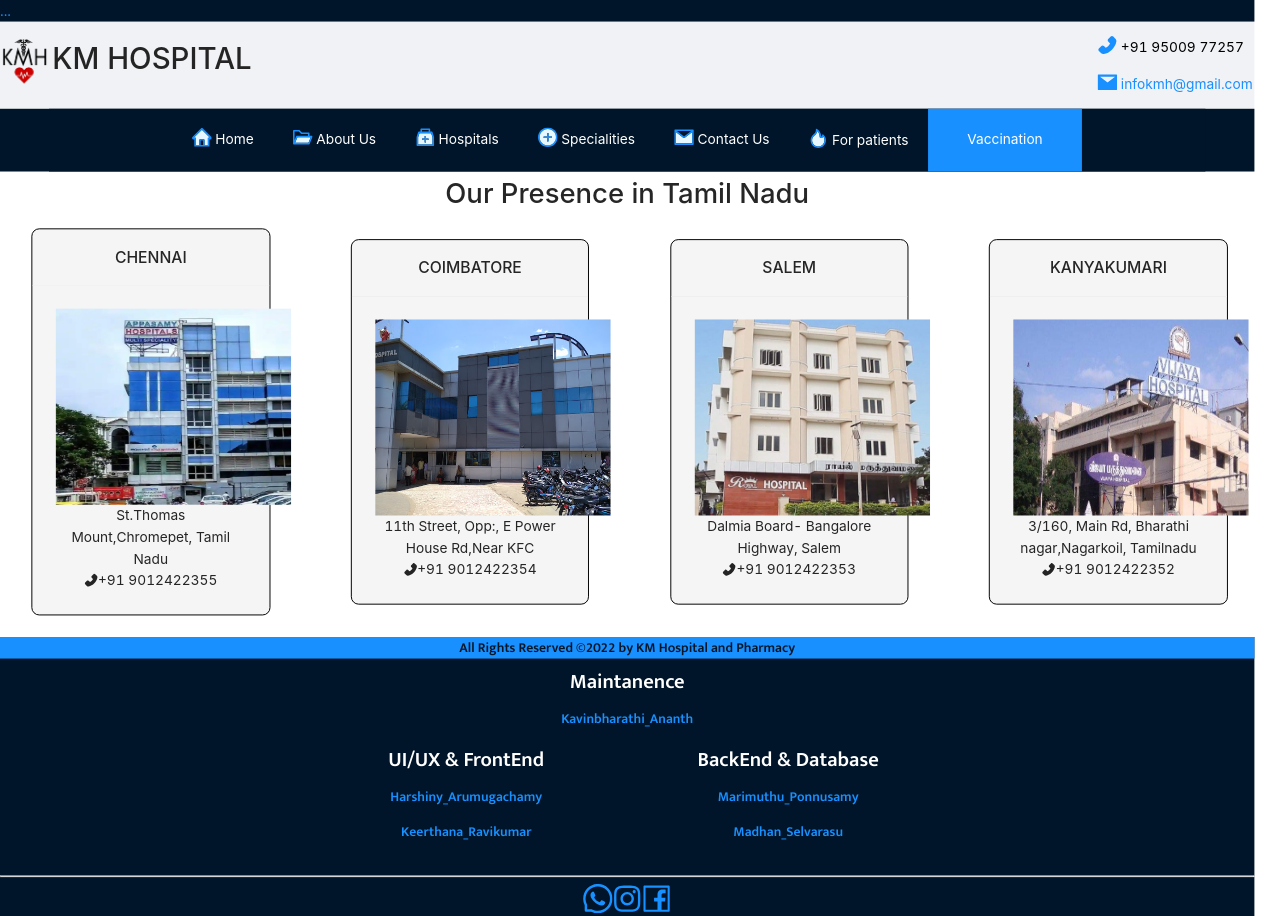
Repository: marimuthu1001/KHM-hospital
Page: /hospitals (app in km-hospital/)
These files come from the project's save history. The page is drawn as it stood at one moment and after a run of saves; the edit follows.
The browser window is 1280 px wide. The page is 1297 px wide, so the pictures cover 1297 px, including what lies to the right of the window. The pictures show the whole page, at 98% of full size.
The project was rebuilt for these pictures with package versions that can differ from the ones it lists, and the page was loaded fresh each time. Also part of the build but not shown: km-hospital/src/firebase.js, km-hospital/src/Pages/Home.jsx, km-hospital/src/Pages/ContactUs.jsx, km-hospital/src/Pages/AboutUS.jsx, km-hospital/src/Styles/Specialities.module.css, km-hospital/src/Pages/Specialities.jsx, km-hospital/src/Pages/For Patients/Bmi_Calculator.jsx, km-hospital/src/Styles/Appointment.module.css and 3 more.

Above is the page before, as saved 2022-01-27 15:22:12.

### km-hospital/public/index.html
<!DOCTYPE html>
<html lang="en">
  <head>
    <meta charset="utf-8" />
    <link rel="icon" href="%PUBLIC_URL%/favicon.ico" />
    <meta name="viewport" content="width=device-width, initial-scale=1" />
    <meta name="theme-color" content="#000000" />
    <meta
      name="description"
      content="Web site created using create-react-app"
    />
    <link rel="apple-touch-icon" href="%PUBLIC_URL%/logo192.png" />
    <!--
      manifest.json provides metadata used when your web app is installed on a
      user's mobile device or desktop. See https://developers.google.com/web/fundamentals/web-app-manifest/
    -->
    <link rel="manifest" href="%PUBLIC_URL%/manifest.json" />
    <!--
      Notice the use of %PUBLIC_URL% in the tags above.
      It will be replaced with the URL of the `public` folder during the build.
      Only files inside the `public` folder can be referenced from the HTML.

      Unlike "/favicon.ico" or "favicon.ico", "%PUBLIC_URL%/favicon.ico" will
      work correctly both with client-side routing and a non-root public URL.
      Learn how to configure a non-root public URL by running `npm run build`.
    -->
    <title>KM HOSPITAL | HOME</title>
  </head>
  <body>
    <noscript>You need to enable JavaScript to run this app.</noscript>
    <div id="root"></div>
    <!--
      This HTML file is a template.
      If you open it directly in the browser, you will see an empty page.

      You can add webfonts, meta tags, or analytics to this file.
      The build step will place the bundled scripts into the <body> tag.

      To begin the development, run `npm start` or `yarn start`.
      To create a production bundle, use `npm run build` or `yarn build`.
    -->
  </body>
</html>

### km-hospital/src/index.js
import React from 'react';
import ReactDOM from 'react-dom';
import 'antd/dist/antd.min.css'
import './index.css'
import App from './App';


ReactDOM.render(
  <React.StrictMode>
    <App />
  </React.StrictMode>,
  document.getElementById('root')
);

### km-hospital/src/index.css
@import '~antd/dist/antd.css';

.ant-menu:not(.ant-menu-horizontal) .ant-menu-item-selected {
	background: transparent;
}

.ant-menu{
    background: red;
    }

### km-hospital/src/App.js
import Nav from  './components/Nav'
import Footer from './components/Footer'
import Home from './Pages/Home'
import ContactUs from './Pages/ContactUs'
import AboutUs from './Pages/AboutUS'
import Specialities from './Pages/Specialities'
import BmiCalculator from './Pages/For Patients/Bmi_Calculator'
import Appointment from './Pages/For Patients/BookAppointment'
import Hospitals from './Pages/Hospitals'
import {BrowserRouter as Router, Route,Routes} from 'react-router-dom'

import Feedback from './Pages/Feedback'

function App() {
  return (
    <Router>
        <div className="App">
          <Nav/>
          <Routes>
            <Route exact path="/" element={<Home/>}/>
            <Route exact path="/contactus" element={<ContactUs/>}/>
            <Route exact path="/aboutus" element={<AboutUs/>}/>
            <Route exact path="/specialities" element={<Specialities/>}/>
            <Route exact path="/bmicalculator" element={<BmiCalculator/>}/>
            <Route exact path="/bookappointment" element={<Appointment/>}/>
            <Route exact path="/hospitals" element={<Hospitals/>}/>
            <Route exact path="/feedback" element={<Feedback/>}/>
          </Routes>

          <Footer/>
        </div>
    </Router>

  );
}

export default App;

### km-hospital/src/components/Nav.jsx
import React from 'react'

import Styles from '../Styles/Nav.module.css'
import { Layout, Menu, Dropdown,Row,Col } from 'antd';
import Logo from '../Images/Logo.png'

import {HomeTwoTone,
    FolderOpenTwoTone,
    MedicineBoxTwoTone,
    PlusCircleTwoTone,
    FireTwoTone ,
    MailTwoTone,
    PhoneFilled,
    MailFilled,

    } from '@ant-design/icons'

function Nav() {
  const menu = (
    <Menu>

            <Menu.Item key="1">Covid Dose</Menu.Item>
            <Menu.Item key="2">Covid Booster</Menu.Item>
            <Menu.Item key="3">Polio Vaccine</Menu.Item>
            <Menu.Item key="4">Chicken pox Vaccine</Menu.Item>
      </Menu>
  )
const patients = (
  <Menu>
         <a href="bmicalculator"> <Menu.Item key="1">Health Checkup Package</Menu.Item></a>
         <a href="bmicalculator"><Menu.Item key="2">Medicines</Menu.Item></a>
          <a href="bmicalculator"><Menu.Item key="3">Symptoms</Menu.Item></a>
          <a href="/bookappointment"> <Menu.Item key="4">Book an Appointment</Menu.Item></a>
          <a href="bmicalculator"><Menu.Item key="5">BMI Calculator</Menu.Item></a>

    </Menu>

  )

  const { Header} = Layout;
    return (

      <Layout>
        <p className={Styles.line}>...</p>
        <div className={Styles.head} >
            <Row gutters={[16,16]}>
              <Col md={{span:2}} lg={{span:1}}>
              <div className="logo">
              <img src={Logo} alt="Logo" widht={50} height={50}/>
            </div>
              </Col>
              <Col md={{span:6}} lg={{span:4}}>
              <h1>KM HOSPITAL</h1>
              </Col>
              <Col md={{span:8}} lg={{span:16}}></Col>
              <Col md={{span:5}} lg={{span:3}}>
              <div className={Styles.contactHead}>
                <p style={{color:'black'}}><PhoneFilled  style= {{ fontSize: '20px',color: '#1890ff'  }} />&nbsp;+91 95009 77257</p>
                <p><a href="mailto:infokmh@gmail.com"><MailFilled style= {{ fontSize: '20px',color: '#1890ff'  }} />&nbsp;infokmh@gmail.com</a></p>
               </div>
              </Col>
            </Row>
        </div>



      <Header className="header">
      <div className="menubar">
        <Menu style={{
            position: 'relative',
            display: 'flex',
            justifyContent: 'center',

        }} theme="dark" mode="horizontal" defaultSelectedKeys={['1']}>
     <a href="/">
          <Menu.Item key="7"><HomeTwoTone style={{fontSize:20}}/>&nbsp;Home</Menu.Item>
     </a>
     <a href="/aboutus">
          <Menu.Item key="2"><FolderOpenTwoTone style={{fontSize:20}}/>&nbsp;About Us</Menu.Item>
     </a>
     <a href="/hospitals">
          <Menu.Item key="3"><MedicineBoxTwoTone style={{fontSize:20}}/>&nbsp;Hospitals</Menu.Item>
     </a>
     <a href="/specialities">
          <Menu.Item key="4"><PlusCircleTwoTone style={{fontSize:20}}/>&nbsp;Specialities</Menu.Item>
     </a>
     <a href="/contactus">
          <Menu.Item  key="6"> <MailTwoTone style={{fontSize:20}}/>&nbsp;Contact Us</Menu.Item>
     </a>
          <Dropdown  overlay={patients} placement="topCenter">
              <Menu.Item key="5"><FireTwoTone style={{fontSize:20}}/>&nbsp;For patients</Menu.Item>
          </Dropdown>

          <Menu.Item key="1">
          <Dropdown  overlay={menu} placement="topCenter">
                    <Menu.Item>Vaccination</Menu.Item>
          </Dropdown>
          </Menu.Item>


        </Menu>  </div>
      </Header>


        </Layout>


    )
}

export default Nav

### km-hospital/src/components/Footer.jsx
import React from 'react'
import Styles from '../Styles/Footer.module.css'
import { Row, Col } from 'antd';
import {WhatsAppOutlined,
    InstagramOutlined,
    FacebookOutlined} from '@ant-design/icons'
function Footer() {
    return (
        <div  >
            <div className={Styles.footer}>


                <div className={Styles.footerContent}>
                    <div sm={1}  md={6} lg={8}  className={Styles.footerTitle}>
                        <h4>All Rights Reserved &copy;2022 by KM Hospital and Pharmacy</h4>
                    </div>


                <div className={Styles.maintain}>
                    <h2>Maintanence</h2>
                    <p>Kavinbharathi_Ananth</p>
                </div>

                <Row className={Styles.design} gutter={[34, 18]}>
                <Col xs={24} md={6}/>
                    <Col xs={24} md={6}>
                        <div>
                            <h2 className={Styles.headDecoration}>UI/UX & FrontEnd</h2>
                            <div className={Styles.decoration}>
                                <p>Harshiny_Arumugachamy</p>
                                <p>Keerthana_Ravikumar</p>
                            </div>
                        </div>
                    </Col>
                    <Col xs={24} md={6}>
                        <div>
                        <h2 className={Styles.headDecoration}>BackEnd & Database</h2>
                            <div className={Styles.decoration}>
                                <p>Marimuthu_Ponnusamy</p>
                                <p>Madhan_Selvarasu</p>
                            </div>
                        </div>
                    </Col>
                    <Col xs={24} md={6}/>
                        <Col sm={{ span: 5, offset: 0 }} md={{ span: 5, offset: 0 }} lg={{ span: 6, offset:0  }}> </Col>
                </Row>


<hr/>


                <Row  className={Styles.social}>
                    <Col sm={{span:2}} md={{span:8}} lg={{span:8}}><WhatsAppOutlined style={{fontSize: '30px' }} /></Col>
                    <Col sm={{span:2}} md={{span:8}} lg={{span:8}}><InstagramOutlined style={{fontSize: '30px' }} /></Col>
                    <Col sm={{span:2}} md={{span:8}} lg={{span:8}}><FacebookOutlined style={{fontSize: '30px' }} /></Col>
                </Row>
            </div>
        </div>
        </div>
    )
}

export default Footer

### km-hospital/src/Pages/Hospitals.jsx
import React from 'react';
import { Card, Col, Row  } from 'antd';
import Styles from '../Styles/ContactUs.module.css'
import {PhoneFilled} from '@ant-design/icons'
import Img1 from '../Images/Hospitals/hsptl (16).jpeg'
import Img2 from '../Images/Hospitals/hsptl (13).jpeg'
import Img3 from '../Images/Hospitals/hsptl (14).jpeg'
import Img4 from '../Images/Hospitals/hsptl (15).jpeg'
function Hospitals() {
  return (<div>
      <h1 style={{textAlign:"Center"}}>Our Presence in Tamil Nadu</h1>
            <div className="site-card-wrapper">
                    <Row className={Styles.locations} justify="space-around" align="middle" gutter={28}>
                        {/* <Col sm={{span:2}} md={{span:5}}  lg={{span:4}}></Col> */}
                        <Col  sm={{span:1}} md={{span:5}}  lg={{span:5}} >
                            <Card className={Styles.card} style={{backgroundColor:'whitesmoke', border:'1px solid black'}} title="CHENNAI" bordered={true} hoverable={true}>
                            <img src={Img1} alt="Hospital"  width={240} height={200}/>
                            St.Thomas Mount,Chromepet, Tamil Nadu <br/> <PhoneFilled />+91 9012422355
                            </Card>
                        </Col>
                        <Col sm={{span:1}} md={{span:5}} lg={{span:5}} >
                            <Card  className={Styles.card} style={{backgroundColor:'whitesmoke', border:'1px solid black'}} title="COIMBATORE" bordered={true} hoverable={true}>
                            <img src={Img2} alt="Hospital"  width={240} height={200}/>
                           11th Street, Opp:, E Power House Rd,Near KFC <br/> <PhoneFilled />+91 9012422354
                            </Card>
                        </Col>
                        <Col sm={{span:1}} md={{span:5}} lg={{span:5}}>
                            <Card className={Styles.card} style={{backgroundColor:'whitesmoke', border:'1px solid black'}} title="SALEM" bordered={true} hoverable={true}>
                            <img src={Img3} alt="Hospital"  width={240} height={200}/>
                           Dalmia Board- Bangalore Highway, Salem  <br/> <PhoneFilled />+91 9012422353
                            </Card>
                        </Col>
                        <Col sm={{span:1}} md={{span:5}} lg={{span:5}}>
                            <Card className={Styles.card} style={{backgroundColor:'whitesmoke', border:'1px solid black'}} title="KANYAKUMARI" bordered={true} hoverable={true}>
                            <img src={Img4} alt="Hospital"  width={240} height={200}/>
                             3/160, Main Rd, Bharathi nagar,Nagarkoil, Tamilnadu  <br/> <PhoneFilled />+91 9012422352
                            </Card>
                        </Col>
                        {/* <Col sm={{span:3}} md={{span:5}}  lg={{span:4}}></Col> */}
                    </Row>
              <br/>
                </div>
  </div>);
}

export default Hospitals;

### km-hospital/src/Styles/Nav.module.css
*{
    margin-top:0px;
}
.line{
    background-color:#001529;
    color:#1890ff;
}
.head h1{
    font-size: 30px;
}
.menubar .Menu.item{
    margin-left:20%;
}
a{
    text-decoration: none;
}
a:hover{
    background-color:#1890ff;
}

### km-hospital/src/Styles/Footer.module.css
@import url('https://fonts.googleapis.com/css2?family=Mukta:wght@600&display=swap');
.footer{
    background-color:#001529;
    font-family: 'Mukta', sans-serif;
    color:#1890ff;
    position:relative;
    text-align:center
}
.footer h2{
    color:#ffffff
}
.footer .footerTitle{
    color:rgb(255, 255, 255);
    background-color:#1890ff
}
.footer .social{
    text-align:center;
    display:inline-flex;
}
.social li{
    list-style-type: none;
}
.decoration{
    list-style-type:none;
    text-align:center
}
.headDecoration{
    text-align:center
}

### km-hospital/src/Styles/Home.module.css
@import url('https://fonts.googleapis.com/css2?family=Josefin+Sans:wght@700&display=swap');
.card{
    background-color:#1890ff;
    height:120px;
    border: 1px solid #001529;
    border-radius:14px;
}
.title{
    font-family: 'Josefin Sans', sans-serif;
}

### km-hospital/src/Styles/ContactUs.module.css
.title{
    text-align:center;
}
.card{
    border:3px solid #008cff;
    border-radius:8px;
    text-align: center;
    background-color:#9bcdfc;
}
.card:hover{
    border:3px solid #1890ff;
    box-shadow: 8px 8px 8px #9bcdfc ;
}
.locations{

    padding-left:5px;
}
.btn{
    width:28%;
}
.form{
    border-radius:20px;
    border:1px solid #000;
    box-shadow:5px 5px 5px rgb(0, 0, 0);
    padding-top:20px;
}

### km-hospital/src/Styles/bmiCalc.module.css
@import url('https://fonts.googleapis.com/css2?family=Poppins:wght@400&display=swap');

.aboutContent{
    margin:0 10%;
    text-align: center;
    font-family: 'Poppins', sans-serif;
    font-weight:block;
}
 .bmiFormula{

    border:1px solid #5465ff
}

After the next 2 saves:
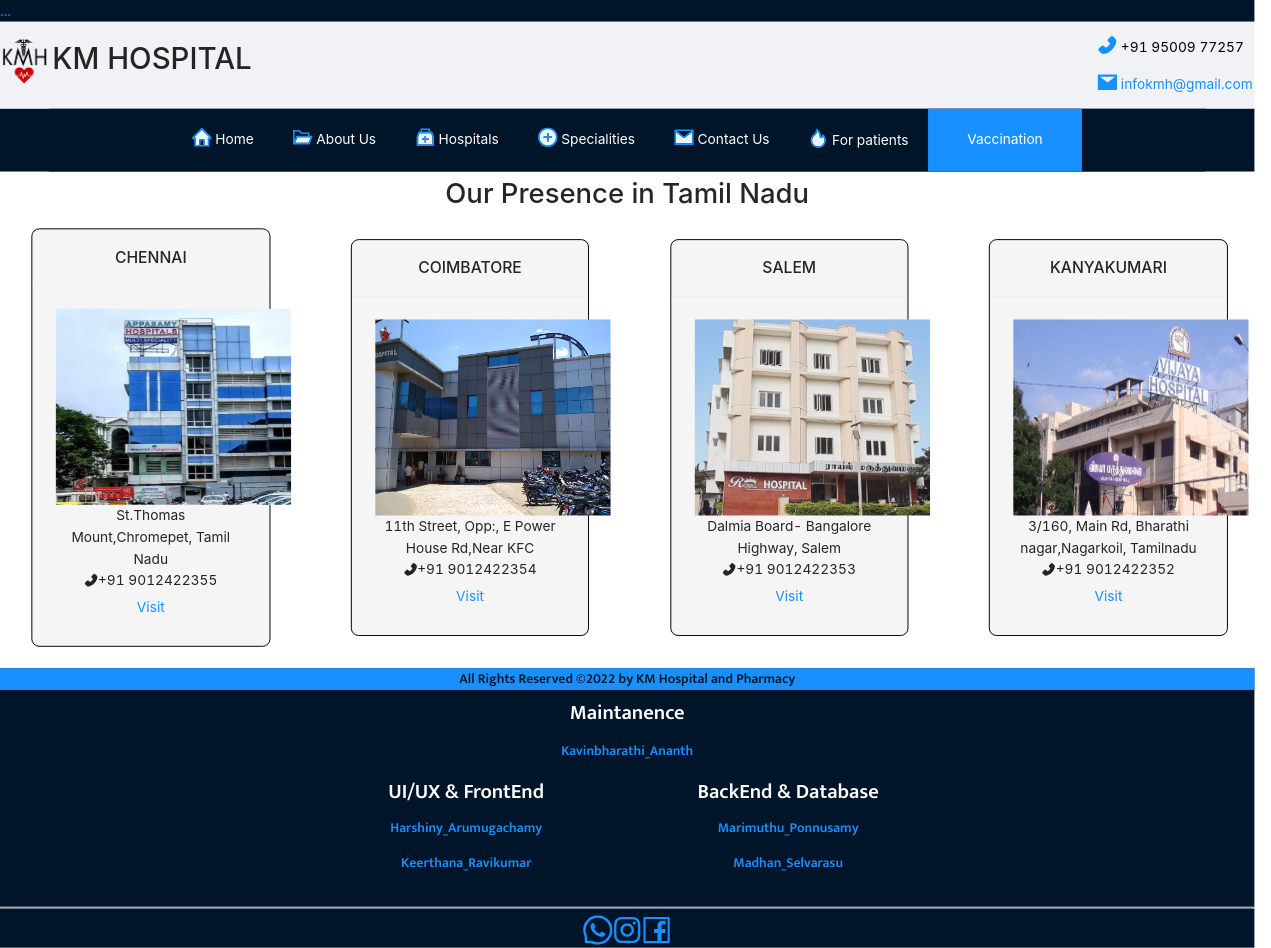
The 2 saves are shown as one change because 1 did not build or start.
The last was saved 3 min 22 s later.
--- a/km-hospital/src/Pages/Hospitals.jsx
+++ b/km-hospital/src/Pages/Hospitals.jsx
@@ -1,5 +1,5 @@
 import React from 'react';
-import { Card, Col, Row  } from 'antd';
+import { Card, Col, Row, Button  } from 'antd';
 import Styles from '../Styles/ContactUs.module.css'
 import {PhoneFilled} from '@ant-design/icons'
 import Img1 from '../Images/Hospitals/hsptl (16).jpeg'
@@ -16,25 +16,29 @@
                             <Card className={Styles.card} style={{backgroundColor:'whitesmoke', border:'1px solid black'}} title="CHENNAI" bordered={true} hoverable={true}>
                             <img src={Img1} alt="Hospital"  width={240} height={200}/>
                             St.Thomas Mount,Chromepet, Tamil Nadu <br/> <PhoneFilled />+91 9012422355
+                            <Button type="link" href='/chennai' block>Visit</Button>
                             </Card>
                         </Col>
                         <Col sm={{span:1}} md={{span:5}} lg={{span:5}} >
                             <Card  className={Styles.card} style={{backgroundColor:'whitesmoke', border:'1px solid black'}} title="COIMBATORE" bordered={true} hoverable={true}>
                             <img src={Img2} alt="Hospital"  width={240} height={200}/>
                            11th Street, Opp:, E Power House Rd,Near KFC <br/> <PhoneFilled />+91 9012422354
-                            </Card>
+                           <Button type="link" href='/coimbatore' block>Visit</Button>
+                         </Card>
                         </Col>
                         <Col sm={{span:1}} md={{span:5}} lg={{span:5}}>
                             <Card className={Styles.card} style={{backgroundColor:'whitesmoke', border:'1px solid black'}} title="SALEM" bordered={true} hoverable={true}>
                             <img src={Img3} alt="Hospital"  width={240} height={200}/>
                            Dalmia Board- Bangalore Highway, Salem  <br/> <PhoneFilled />+91 9012422353
+                           <Button type="link" href='/salem' block>Visit</Button>
                             </Card>
                         </Col>
                         <Col sm={{span:1}} md={{span:5}} lg={{span:5}}>
                             <Card className={Styles.card} style={{backgroundColor:'whitesmoke', border:'1px solid black'}} title="KANYAKUMARI" bordered={true} hoverable={true}>
                             <img src={Img4} alt="Hospital"  width={240} height={200}/>
                              3/160, Main Rd, Bharathi nagar,Nagarkoil, Tamilnadu  <br/> <PhoneFilled />+91 9012422352
-                            </Card>
+                             <Button type="link" href='/kanyakumari' block>Visit</Button>
+                           </Card>
                         </Col>
                         {/* <Col sm={{span:3}} md={{span:5}}  lg={{span:4}}></Col> */}
                     </Row>
